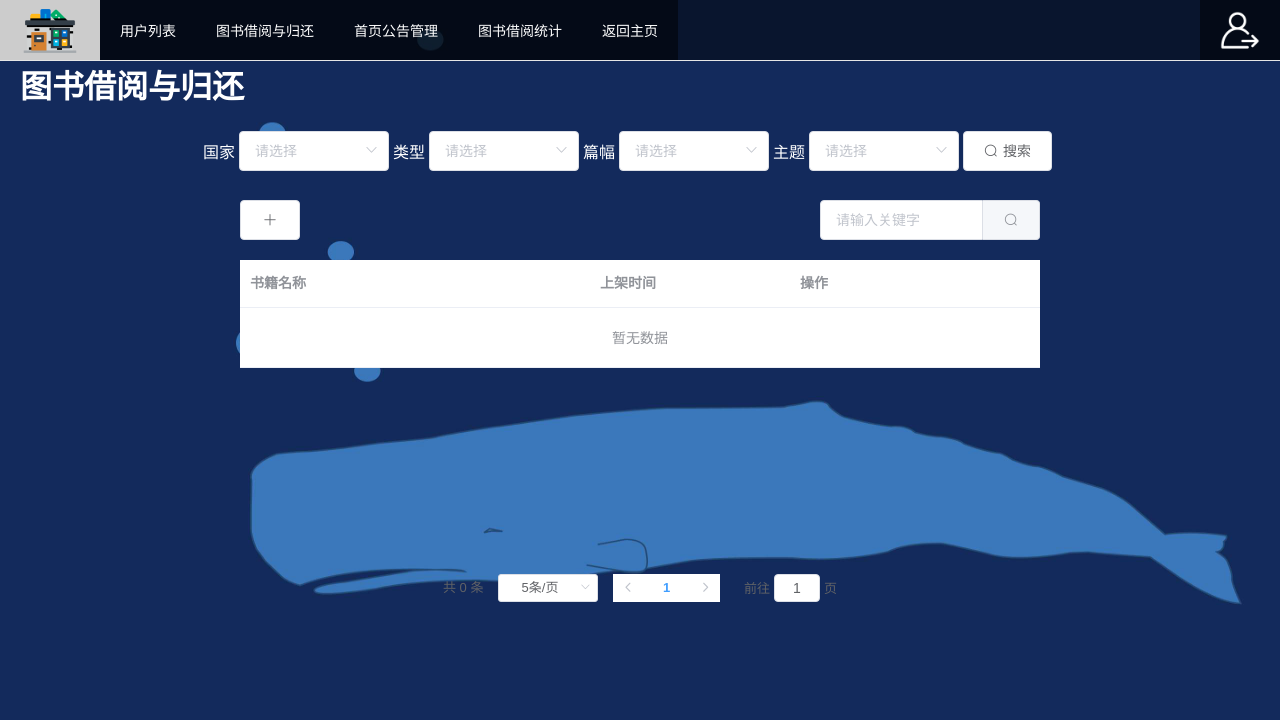
Repository: Akron-xz/helloVue
Page: /#/booksearch (app in vue-library/)
An editor plug-in stored every save of this project. The page is shown before and after the next save, followed by the edit.
The browser window is 1280 px wide. The pictures show the whole page.
The page's requests for data from a server got no answer. The project was rebuilt for these pictures with package versions that can differ from the ones it lists, and the page was loaded fresh each time. No one was signed in, and anything a server would have sent is missing. Also part of the build but not shown: vue-library/src/components/homeNav.vue, vue-library/src/views/Home.vue.

Above is the page before, as saved 2020-11-25 21:21:05.

After the next save:
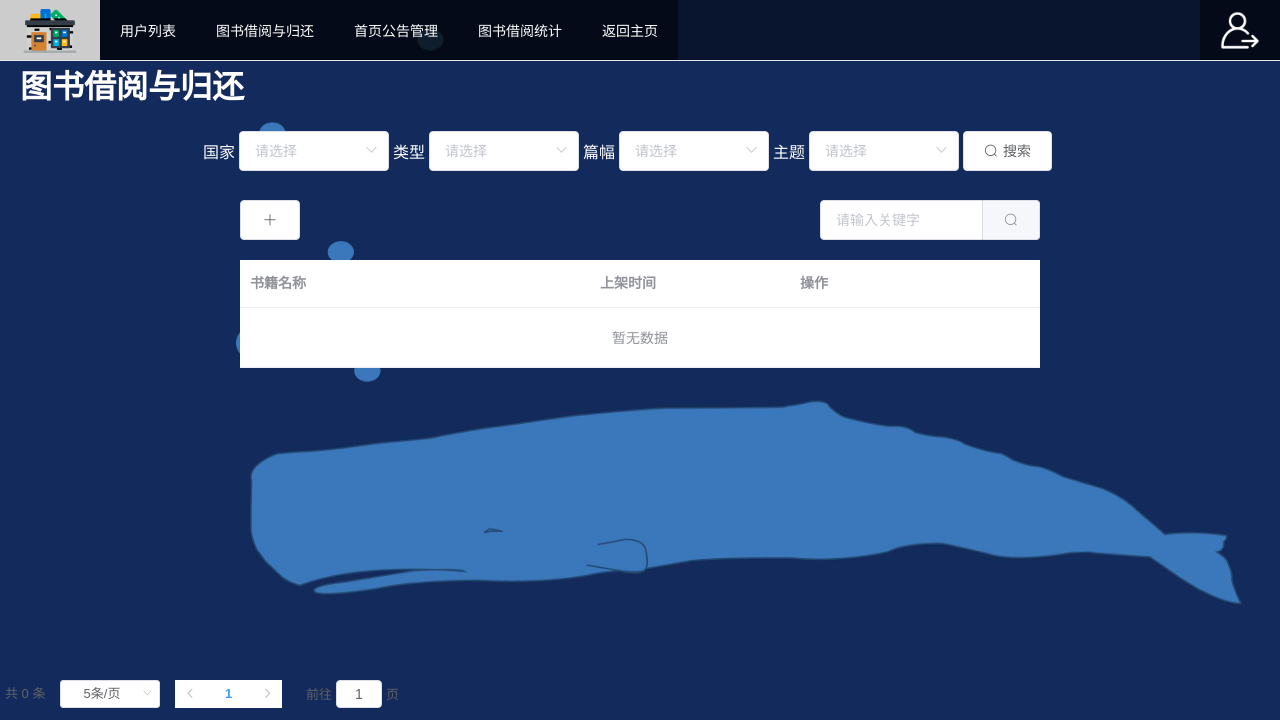
Saved 64 s later.
--- a/vue-library/src/views/BookSearch.vue
+++ b/vue-library/src/views/BookSearch.vue
@@ -684,4 +684,8 @@ margin-right: -407px;
  top: 200px;
  font-size: 20px;
 }
+.block{
+  position: fixed;
+  bottom: 10px;
+}
 </style>
